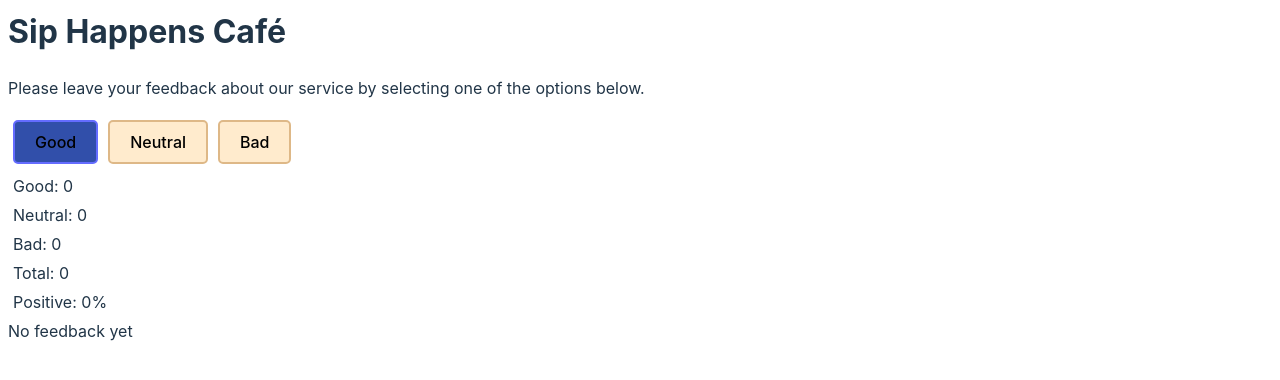
Repository: Evgeniya-Tishakova/goit-react-hw-02
Page: /
An editor plug-in stored every save of this project. The page is shown before and after the next save, followed by the edit.
The browser window is 1280 px wide. The pictures show the whole page.
The pointer rests on the first visible `button`.
The project was rebuilt for these pictures with package versions that can differ from the ones it lists, and the page was loaded fresh each time. Also part of the build but not shown: vite.config.js.

Above is the page before, as saved 2025-02-28 16:32:30.

After the next save:
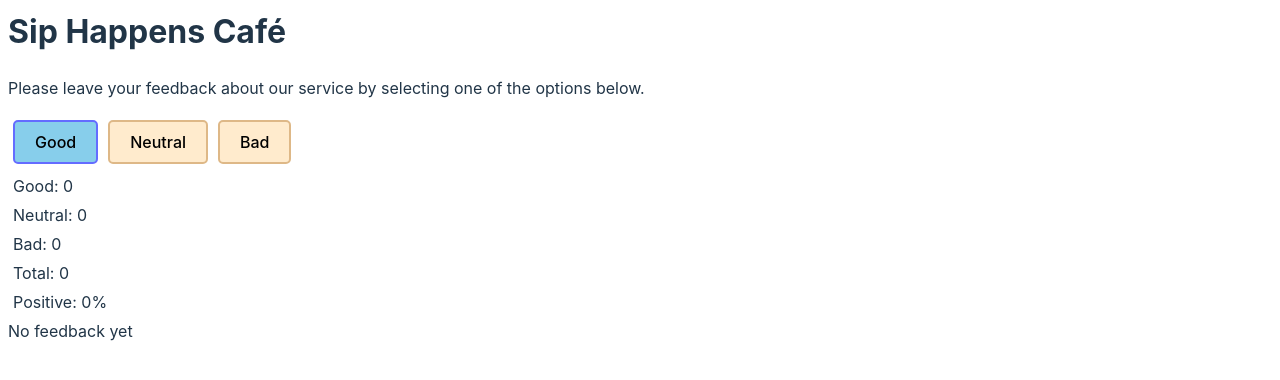
Saved 14 s later.
--- a/src/components/Options/Options.module.css
+++ b/src/components/Options/Options.module.css
@@ -8,7 +8,7 @@
 }
 
 button:hover {
-    background-color: rgb(49, 79, 170);
+    background-color: skyblue
 }
 
 button:active {
